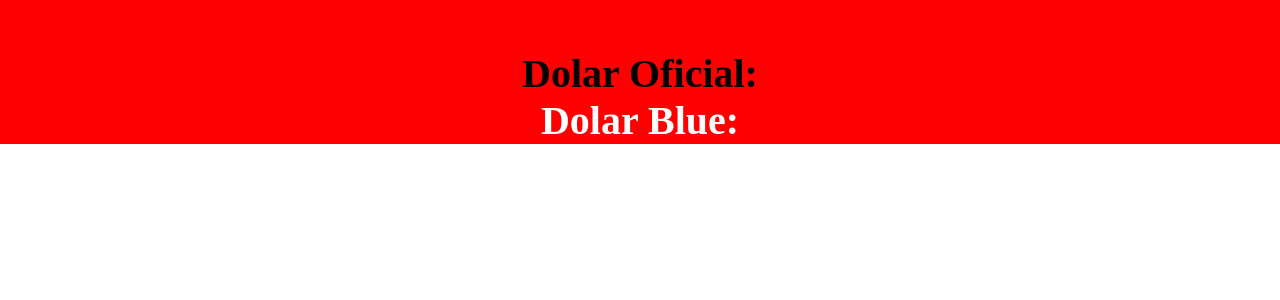
Repository: matias4633/Bill-Metal
Page: BillMetal/widget/BillMetal/index.html
The author's editor kept a copy of each file at every save. The page is drawn from the files as they stood at one save, then again after the next save.
The browser window is 1280 px wide. The pictures show the whole page.
The page's requests for data from a server got no answer.

Above is the page before, as saved 2022-07-15 02:22:53.
Console error (its wording comes from the project's code and is left out).

### BillMetal/widget/BillMetal/index.html
<!DOCTYPE html>
<html>

<head>
  <meta charset="UTF-8">
  <link rel="stylesheet" type="text/css" href="css/style.css">
  <script src="js/main.js"></script>
  <style></style>
</head>

<body>
  <div id="page">
    <div id="container">
      <p id="texto-oficial">Dolar Oficial: <div id="oficial"></div> <div id="texto-blue">Dolar Blue: <div id="blue"></div> </div> </p>

    </div>
  </div>
</body>

</html>

### BillMetal/widget/BillMetal/css/style.css
html,
body {
    width: 100%;
    height: 100%;
    margin: 0;
    padding: 0;

}

#page {
    background-color: white;
    color: #fff;
    height: 100%;
    position: relative;
    width: 100%;
}
#container {
    width: 100%;
    height: 100%;
}
#texto-oficial {
    font-weight: bold;
    font-size: 40px;
    color:black;
	padding-top: 50px;
    vertical-align: text-bottom;
    margin: 0;
    text-align: center;
    background: red

}
#oficial {
    background: blue;
    font-weight: bold;
    font-size: 40px;
    text-align: center;
     color: black;
}
#texto-blue {
    font-weight: bold;
    font-size: 40px;

    margin: 0;
    text-align: center;
    background: red
}
#blue {
    background: blue;
    font-weight: bold;
    font-size: 40px;
    text-align: center;
     color: black;
}

### BillMetal/widget/BillMetal/js/main.js
window.onload = function() {
  console.log('+[window.onload]');
  // Do nothing now
  const url = 'https://criptoya.com/api/dolar';

  let respuesta= new XMLHttpRequest();
  respuesta.open('GET',url);

  respuesta.onreadystatechange=function(){

      if(respuesta.readyState === XMLHttpRequest.DONE){

          let respuestaJson= JSON.parse(this.responseText);
          console.log(respuestaJson);
          document.getElementById('oficial').innerText = respuestaJson.oficial;
          document.getElementById('blue').innerText= respuestaJson.blue;
      }
  };
  respuesta.send();



};

After the next save:
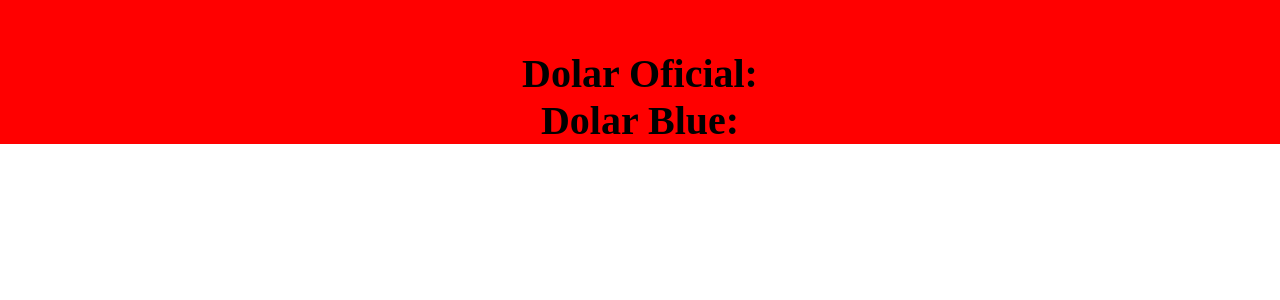
Saved 18 s later.
--- a/BillMetal/widget/BillMetal/css/style.css
+++ b/BillMetal/widget/BillMetal/css/style.css
@@ -39,7 +39,7 @@ body {
 #texto-blue {
     font-weight: bold;
     font-size: 40px;
-
+    color:black;
     margin: 0;
     text-align: center;
     background: red
